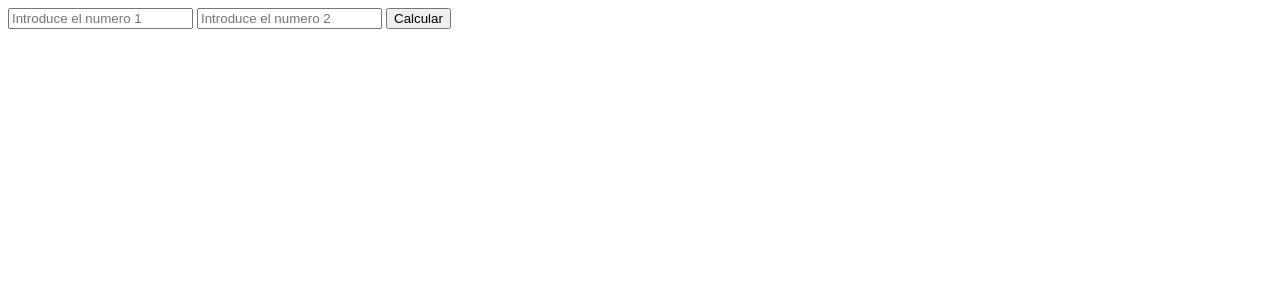
Repository: jcsanceledonio/java_2019_0396_2
Page: http://localhost/javaWebApp/calculadora.jsp
These files come from the project's save history. The page is drawn as it stood at one moment and after the next save; the edit follows.
The browser window is 1280 px wide. The pictures show the whole page.
The page is served by Tomcat 9. Other server files are loaded and not shown.

Above is the page before, as saved 2019-11-19 07:54:43.

### javaWebApp/src/main/webapp/calculadora.jsp
<%@ page language="java" contentType="text/html; charset=ISO-8859-1"
    pageEncoding="ISO-8859-1"%>
<!DOCTYPE html>
<html>
<head>
<meta charset="ISO-8859-1">
<title>Insert title here</title>
</head>
<body>

<form action="sumar" method="post">


<input type="number" name="op1" id="numero1" required step="1" placeholder="Introduce el numero 1">
<input type="number" name="op2" id="numero2" required step="1" placeholder="Introduce el numero 2">

<input type="submit" value="Calcular">
</form>

</body>
</html>

After the next save:
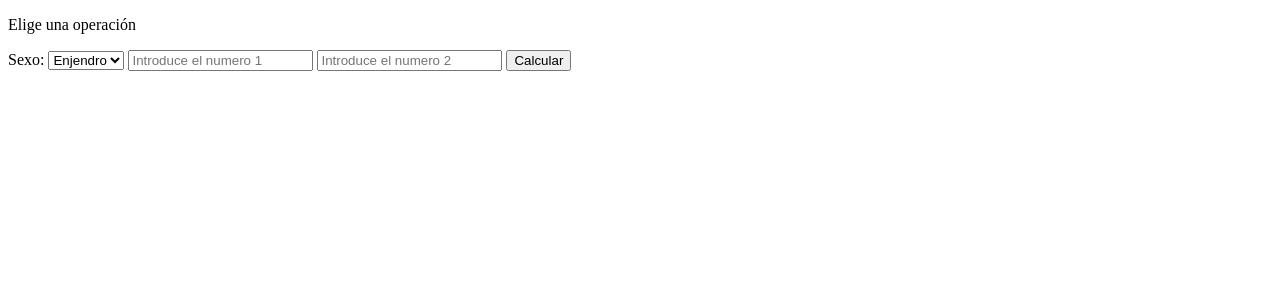
Saved 12 min 43 s later.
--- a/javaWebApp/src/main/webapp/calculadora.jsp
+++ b/javaWebApp/src/main/webapp/calculadora.jsp
@@ -1,5 +1,5 @@
 <%@ page language="java" contentType="text/html; charset=ISO-8859-1"
-    pageEncoding="ISO-8859-1"%>
+	pageEncoding="ISO-8859-1"%>
 <!DOCTYPE html>
 <html>
 <head>
@@ -8,14 +8,26 @@
 </head>
 <body>
 
-<form action="sumar" method="post">
+	<form action="sumar" method="post">
 
+		<p>Elige una operación</p>
+		<label for="sexo">Sexo:</label>
+		<select name="sexo" id="sexo">
+			<option value="h">Hombre</option>
+			<option value="m">Mujer</option>
+			<option value="e" selected>Enjendro</option>
 
-<input type="number" name="op1" id="numero1" required step="1" placeholder="Introduce el numero 1">
-<input type="number" name="op2" id="numero2" required step="1" placeholder="Introduce el numero 2">
+		</select>
 
-<input type="submit" value="Calcular">
-</form>
+		<input type="number" name="op1" id="numero1" required step="1"
+			placeholder="Introduce el numero 1">
+
+			<input type="number" name="op2" id="numero2" required step="1"
+			placeholder="Introduce el numero 2">
+
+			<input type="submit" value="Calcular">
+
+	</form>
 
 </body>
 </html>
